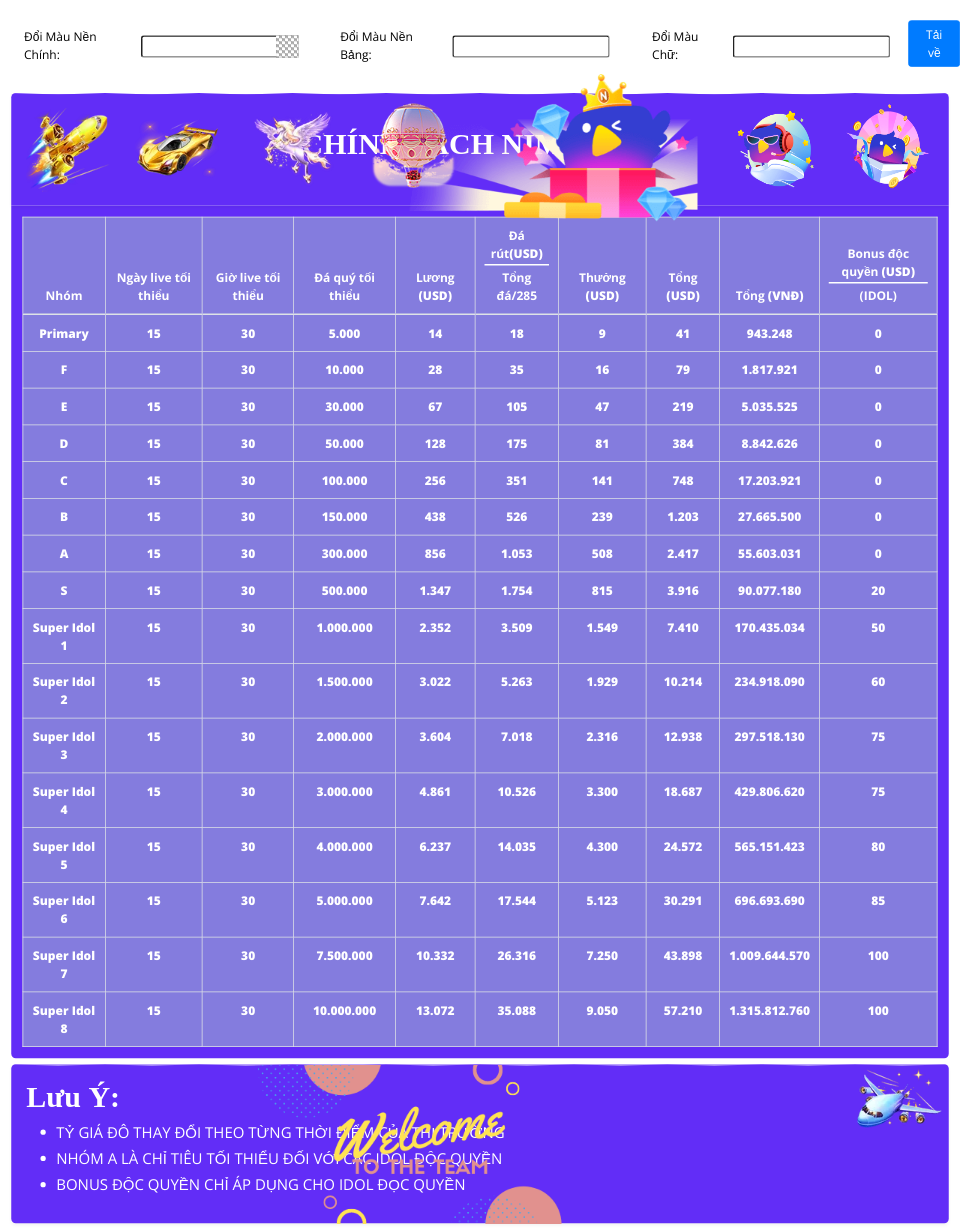
Repository: dav1601/nimo-work
Page: index.html
The author's editor kept a copy of each file at every save. The page is drawn from the files as they stood at one save, then again after a run of saves.
The browser window is 1280 px wide. The pictures show the whole page, at 75% of full size.

Above is the page before, as saved 2022-04-15 15:06:22.

After the next 2 saves:
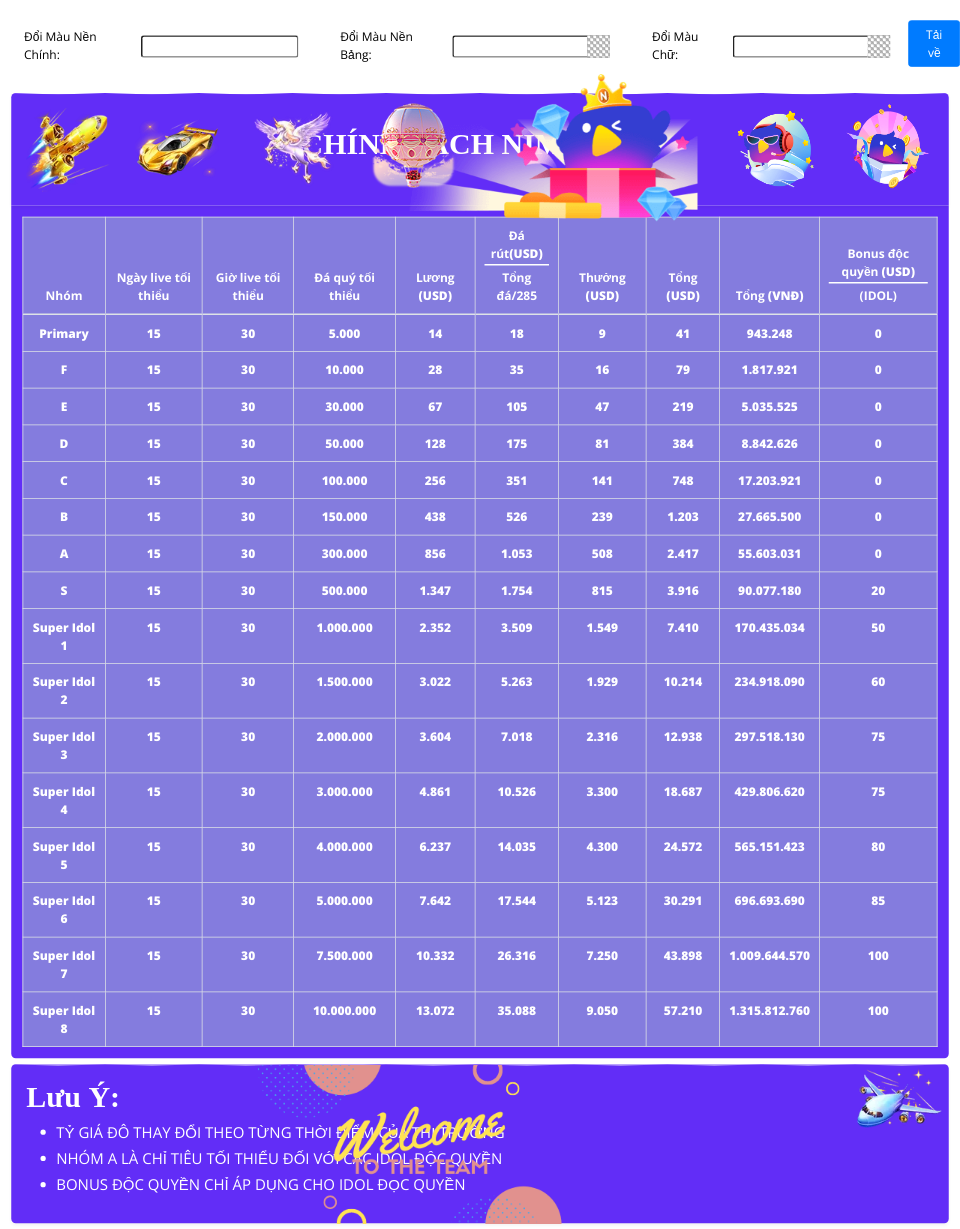
The 2 saves are shown as one change because they came seconds apart.
The last was saved 20 s later.
--- a/index.html
+++ b/index.html
@@ -39,7 +39,7 @@
             document.documentElement.style.setProperty('--bg-main', $(this).val());
         });
             Coloris({
-                el: '#color-1',
+                el: '.coloris',
                 format: 'hex',
                 theme: 'large',
                 themeMode: 'dark'
